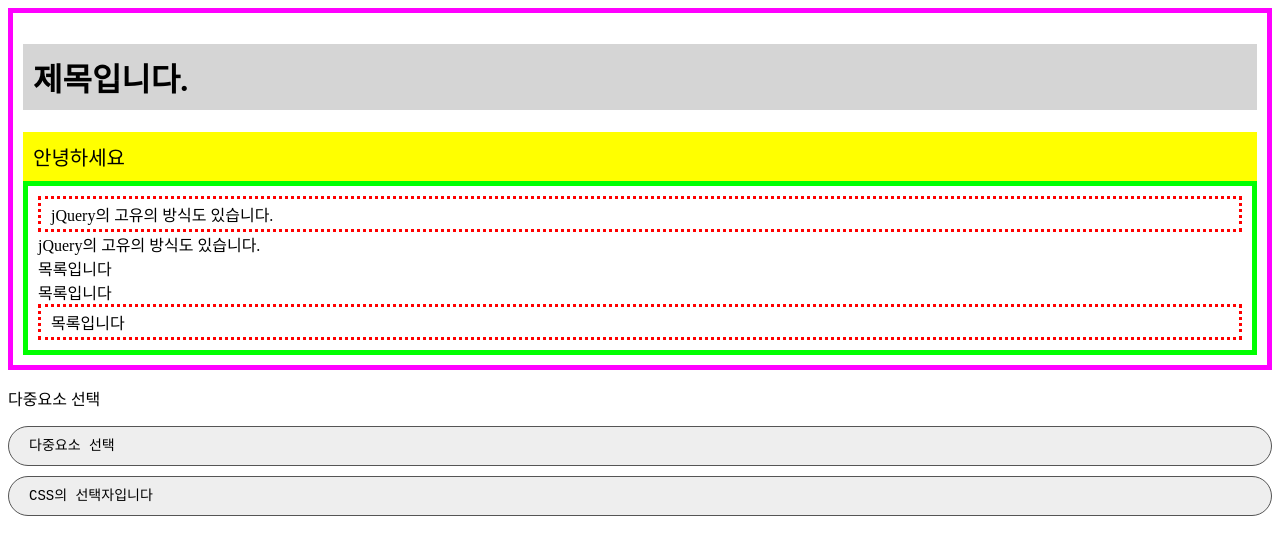
Repository: rwanda95do/bitcamp
Page: jQuery/src/main/webapp/01_helloJQuery/exam05.html
An editor plug-in stored every save of this project. The page is shown before and after the next save, followed by the edit.
The browser window is 1280 px wide. The pictures show the whole page.

Above is the page before, as saved 2024-08-22 05:30:04.

### jQuery/src/main/webapp/01_helloJQuery/exam05.html
<!-- 가장 많이 쓰는 형식 -->

<!DOCTYPE html>
<html>
<head>
<meta charset="UTF-8">
<title>Insert title here</title>
<style type="text/css">
		div#container {
            width: auto;
            border: 5px solid #ff00ff;
            padding: 10px;
        }
        div#container > h1#title {
            background-color: #d5d5d5;
            padding: 10px;
        }
        div#container div.box {
            padding: 10px;
            background-color: #ffff00;
            font: 20px '굴림';
        }
        div#container > ul {
            list-style: none;
            padding: 10px;
            margin: 0px;
            width: auto;
            border: 5px solid #00ff00;
        }
        /* div#container > ul > li:first-child, div#container > ul > li:last-child { */
        div#container  li:first-child, div#container  li:last-child {
            border: 3px dotted red;
            padding: 3px 10px;
        }
        pre {
            font: 14px/130% 'Courier New';
            background: #eee;
            padding: 10px 20px;
            margin: 10px auto;
            border: 1px solid #555;
            border-radius: 20px;
        }
</style>


</head>
<body>
	<div id="container">
		<h1 id="title"></h1>
		<div class="box"></div>
		<ul>
			<li></li>
			<li></li>
			<li></li>
			<li></li>
			<li></li>
		</ul>
	</div>
	<p></p>
	<pre></pre>
	<pre name='source'></pre>
</body>
</html>



<script type="text/javascript" src="http://code.jquery.com/jquery-3.7.1.min.js"></script>
<script type="text/javascript">
$(function () {
	// 밑의 세가지 중에 아무거나 사용하면 됨
	$('#title').html('두번째항목')
	$('#title').text('두번째항목')
	$('h1[id="title"]').html('두번째항목')


	// div에서 부터 id=title인 h1에 제목입니다 넣기
	$('div#container > h1#title').html('제목입니다.')

	// div에서 부터 class=box인 div에 '안녕하세요' 넣기
	$('div#container > div.box').html('안녕하세요')

	// ul에서 시작해서 li안에 '목록입니다' 넣기
	$('ul > li').html('목록입니다')
	// 1번째에 'jQuery의 고유의 방식도 있습니다.' 넣기
	$('ul > li:nth-child(1)').html('jQuery의 고유의 방식도 있습니다.')
	$('ul > li:eq(1)').html('jQuery의 고유의 방식도 있습니다.')

	//
	$('p,pre').html('다중요소 선택')
	$('pre[name="source"]').html('CSS의 선택자입니다')

});
</script>


<!--
CSS 셀렉터
jQuery에서 제어할 대상에 접근하는 방법
jQuery는 제어할 요소를 획득하기 위해서 $() 함수안에 대상을 의미하는 CSS 셀렉터를 파라미터로 전달한다.
예) var mytag = $("h1");      // h1 태그 객체 획득하기
예) var mytag = $(".hello");   // "hello" 라는 class 속성값을 갖는 요소의 객체 획득하기
예) var mytag = $("#hello");   // "hello" 라는 id 속성값을 갖는 요소의 객체 획득하기
 -->

After the next save:
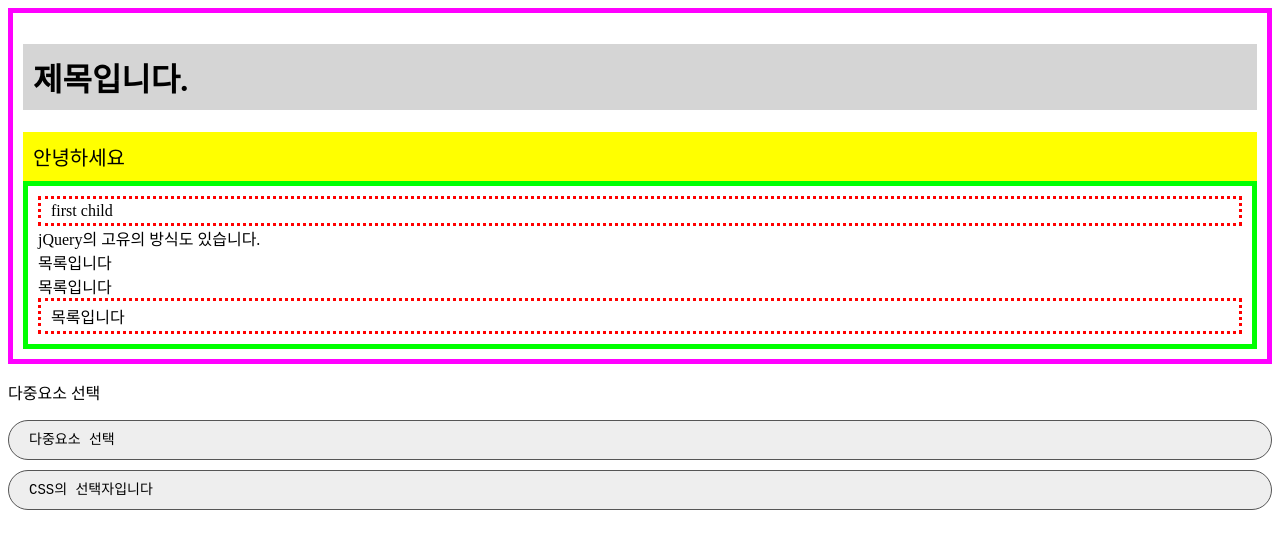
Saved 76 s later.
--- a/jQuery/src/main/webapp/01_helloJQuery/exam05.html
+++ b/jQuery/src/main/webapp/01_helloJQuery/exam05.html
@@ -82,13 +82,13 @@ $(function () {
 	// ul에서 시작해서 li안에 '목록입니다' 넣기
 	$('ul > li').html('목록입니다')
 	// 1번째에 'jQuery의 고유의 방식도 있습니다.' 넣기
-	$('ul > li:nth-child(1)').html('jQuery의 고유의 방식도 있습니다.')
 	$('ul > li:eq(1)').html('jQuery의 고유의 방식도 있습니다.')
 
 	//
 	$('p,pre').html('다중요소 선택')
 	$('pre[name="source"]').html('CSS의 선택자입니다')
 
+	$('ul > li:nth-child(1)').html('first child')
 });
 </script>
 
